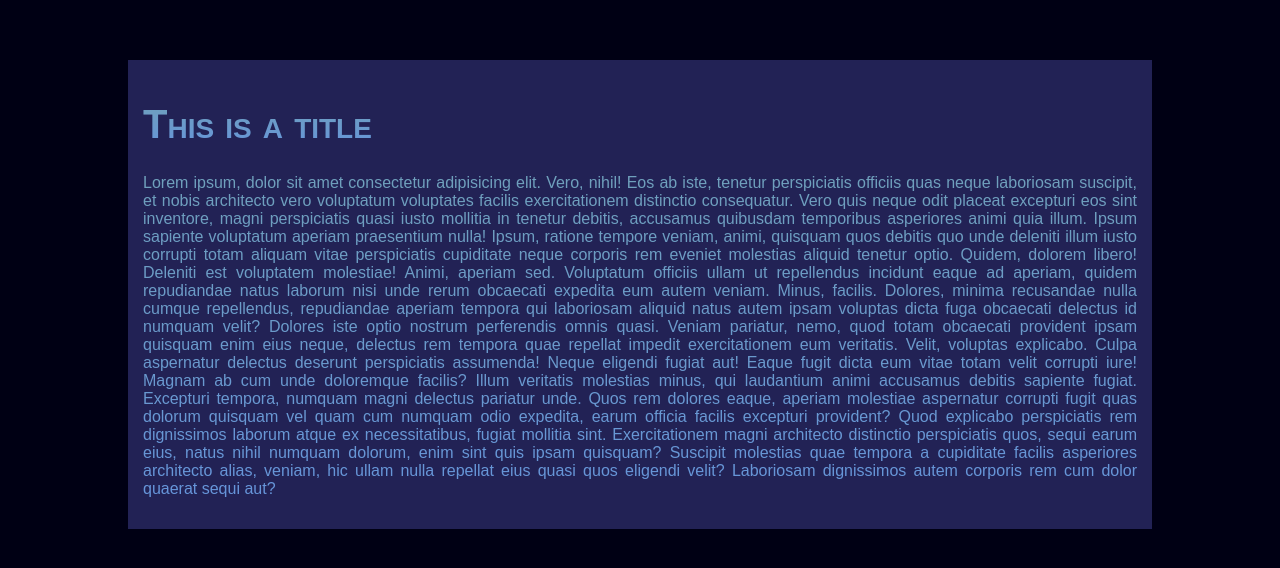
Repository: Francois-QUICODE/CSS-Micro-Projects
Page: Projects/01-Infinite-Gradient-Text.html
The author's editor kept a copy of each file at every save. The page is drawn from the files as they stood at one save, then again after the next save.
The browser window is 1280 px wide. The pictures show the whole page.
Some web fonts or font styles are not loaded; a fallback is used.

Above is the page before, as saved 2020-11-29 13:25:25.

After the next save:
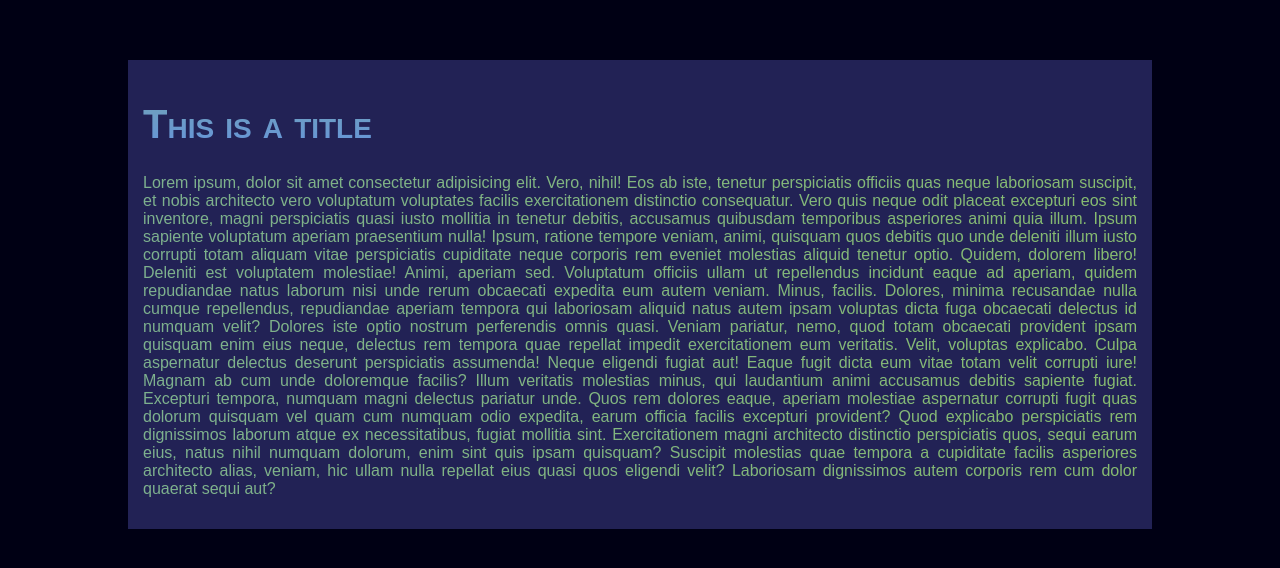
Saved 32 s later.
--- a/Projects/01-Infinite-Gradient-Text.html
+++ b/Projects/01-Infinite-Gradient-Text.html
@@ -84,7 +84,7 @@
           .lorem {
             text-align: justify;
             color: transparent;
-            background: linear-gradient(0deg, #6695d7, #9ed710);
+            background: linear-gradient(90deg, #6695d7, #9ed710);
             background-size: 600% 600%;
             -webkit-animation: textclip 10s linear infinite;
             -moz-animation: textclip 10s linear infinite;
